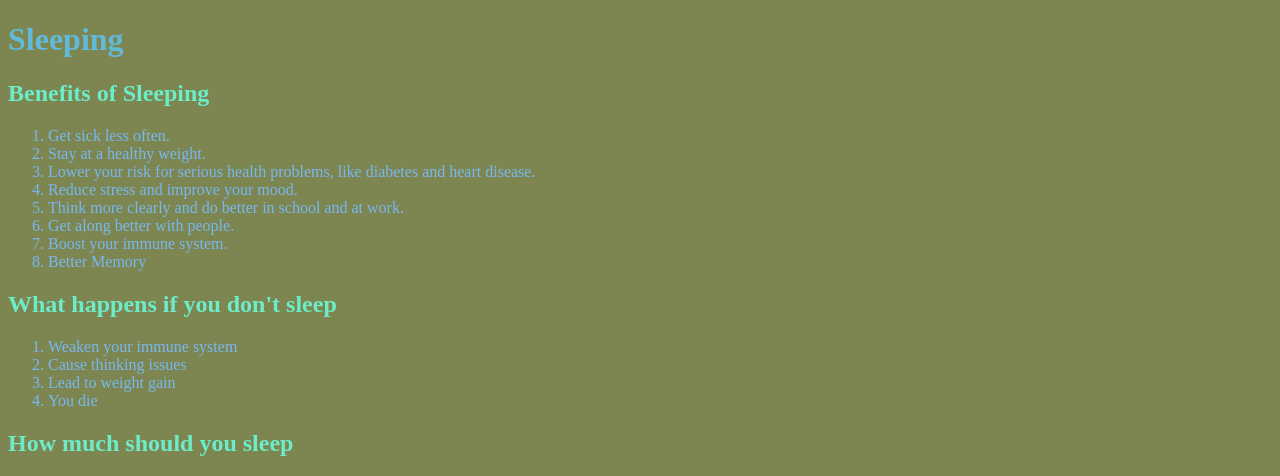
Repository: Darrenyyds/class1
Page: Myhobbies.html
These files come from the project's save history. The page is drawn as it stood at one moment and after the next save; the edit follows.
The browser window is 1280 px wide. The pictures show the part of the page from y = 0 to 476 px (the page is 1126 px tall).
Pictures or frames that could not be fetched are drawn as grey boxes.

Above is the page before, as saved 2023-02-04 15:13:31.

### Myhobbies.html
<!DOCTYPE html>
<html lang="en">
  <head>
    <title>My Hobbies</title>
    <meta charset="UTF-8" />
    <meta name="viewport" content="width=device-width, initial-scale=1" />
    <link href="Myhobbies.css" rel="stylesheet" />
  </head>
  <body>
    <h1>Sleeping</h1>
    <h2>Benefits of Sleeping</h2>
    <ol>
      <li>Get sick less often.</li>
      <li>Stay at a healthy weight.</li>
      <li>
        Lower your risk for serious health problems, like diabetes and heart
        disease.
      </li>
      <li>Reduce stress and improve your mood.</li>
      <li>Think more clearly and do better in school and at work.</li>
      <li>Get along better with people.</li>
      <li>Boost your immune system.</li>
      <li>Better Memory</li>
    </ol>
    <h2>What happens if you don't sleep</h2>
    <ol>
      <li>Weaken your immune system</li>
      <li>Cause thinking issues</li>
      <li>Lead to weight gain</li>
      <li>You die</li>
    </ol>
    <h2>How much should you sleep</h2>
    <div class="graph">
      <div class="graph-shadow"></div>
    </div>
    <p>
      The graph is self-explanatory, if you still can't understand it, please
      contact a mental doctor
    </p>
  </body>
</html>

### Myhobbies.css
Body {
  background-color: rgb(125, 134, 80);
}
.graph {
  background-image: url(https://www.sleepdr.com/wp-content/uploads/2016/11/Sleep-Duration-Guidelines.png);
  width: 80%;
  height: 600px;
  background-repeat: no-repeat;
  background-size: contain;
  z-index: 1;
}

.graph-shadow {
  position: relative;
  z-index: 2;
  width: 68%;
  height: 100%;
  background-color: rgba(204, 228, 160, 0.3);
}

h1 {
  color: rgb(98, 186, 218);
}
p {
  color: rgb(120, 184, 241);
}

ol {
  color: rgb(120, 184, 241);
}

h2 {
  color: rgb(108, 236, 200);
}

After the next save:
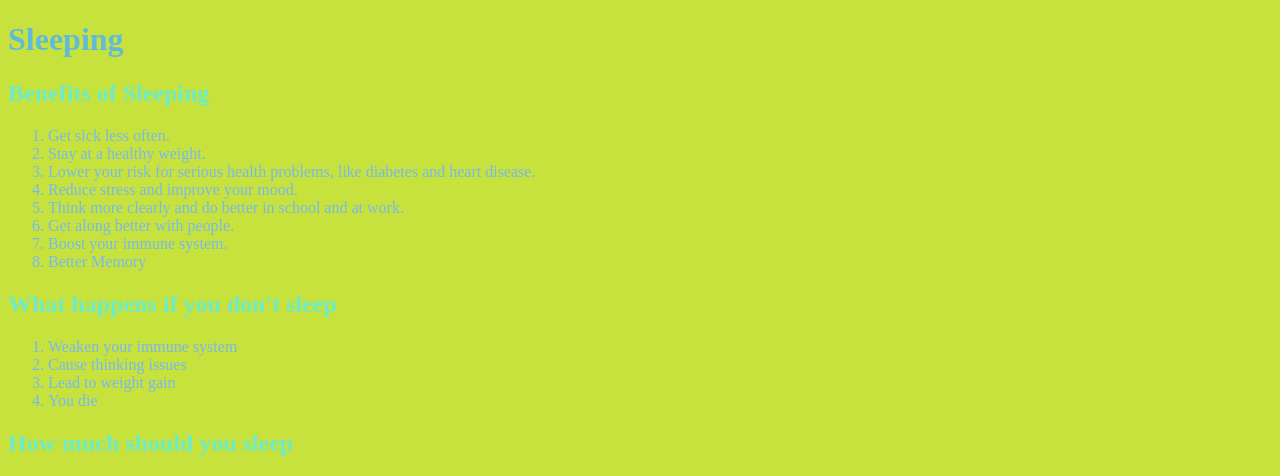
Saved 6 s later.
--- a/Myhobbies.css
+++ b/Myhobbies.css
@@ -1,5 +1,5 @@
 Body {
-  background-color: rgb(125, 134, 80);
+  background-color: rgb(199, 226, 60);
 }
 .graph {
   background-image: url(https://www.sleepdr.com/wp-content/uploads/2016/11/Sleep-Duration-Guidelines.png);
